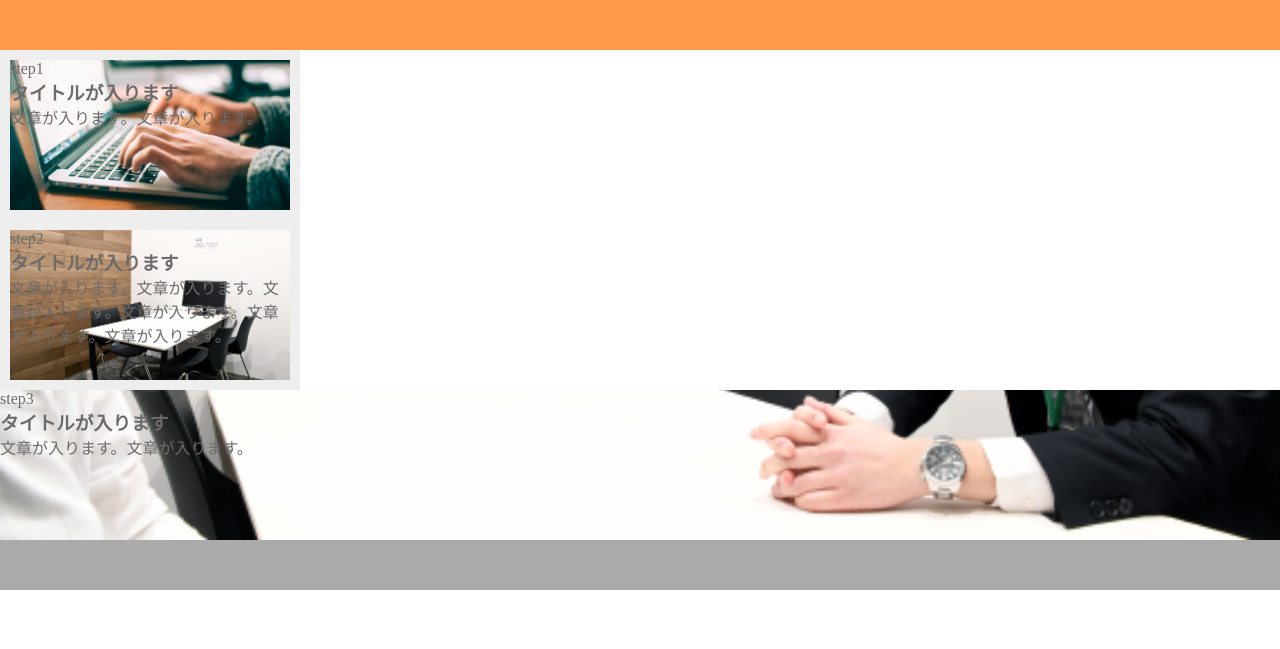
Repository: Yuki-Kawagoe/chapter4
Page: chapter9/index.html
The author's editor kept a record of every edit. The page is drawn from the files as they stood at one moment, then again after the next edit.
The browser window is 1280 px wide. The pictures show the whole page.

Above is the page before.

### chapter9/index.html
<!DOCTYPE html>
 <html lang="ja">
 <head>
  <meta charset="UTF-8">
  <link rel="stylesheet" href="style.css" />
  <title>Chapter9</title>
 </head>

 <body>
   <header></header>


   <main>
    <div class="step-box">
      <div class="step-img1">
       <span class="step-num">step1</span>
        <h3 class="box-title">タイトルが入ります</h3>
          <p class="box-text">文章が入ります。文章が入ります。</p>
      </div>
    </div>

    <div class="step-box">
      <div class="step-img2">
       <span class="step-num">step2</span>
        <h3 class="box-title">タイトルが入ります</h3>
          <p class="box-text">文章が入ります。文章が入ります。文章が入ります。文章が入ります。文章が入ります。文章が入ります。</p>
      </div>
    </div>

    <div class="step-box3">
      <div class="step-img3">
       <span class="step-num">step3</span>
        <h3 class="box-title">タイトルが入ります</h3>
          <p class="box-text">文章が入ります。文章が入ります。</p>
      </div>
    </div>




   </main>


   <footer></footer>

 </body>

### chapter9/style.css
* {
  margin: 0px;
  padding: 0px;
  box-sizing: border-box;
  color: #6c6b6b;
}

header {
  height: 50px;
  background-color: #FF9A4B
}

.main {
  width: 960px;
  margin: 50px auto;
  display: flex;

}

.step-box {
  width: 300px;
  padding: 10px;
  margin-right: 30px;
  background-color: #EEEEEE;
  position: relative;
}

.step-img1 {
  height: 150px;
  background-image: url(img/flow01.png);
  background-position: bottom;
  background-size: cover;
}

.step-img2 {
  height: 150px;
  background-image: url(img/flow02.png);
  background-position: bottom;
  background-size: cover;
}


.step-img3 {
  height: 150px;
  background-image: url(img/flow03.png);
  background-position:bottom;
  background-size:cover;
}

.stem-num {
  position: absolute;
  top:0;
  left:0;
  background-color: #ff9a4b;
  color: #fff;
}

.main-title {
  margin-top: 15px;
  margin-bottom: 5px;
}

.sub {
  background-color: #FF9A4B;
  color: white;
  height: 20px;
  width: 30px;
}

footer {
  width: 100%;
  height: 50px;
  background-color: #AAAAAA
}

After the next edit:
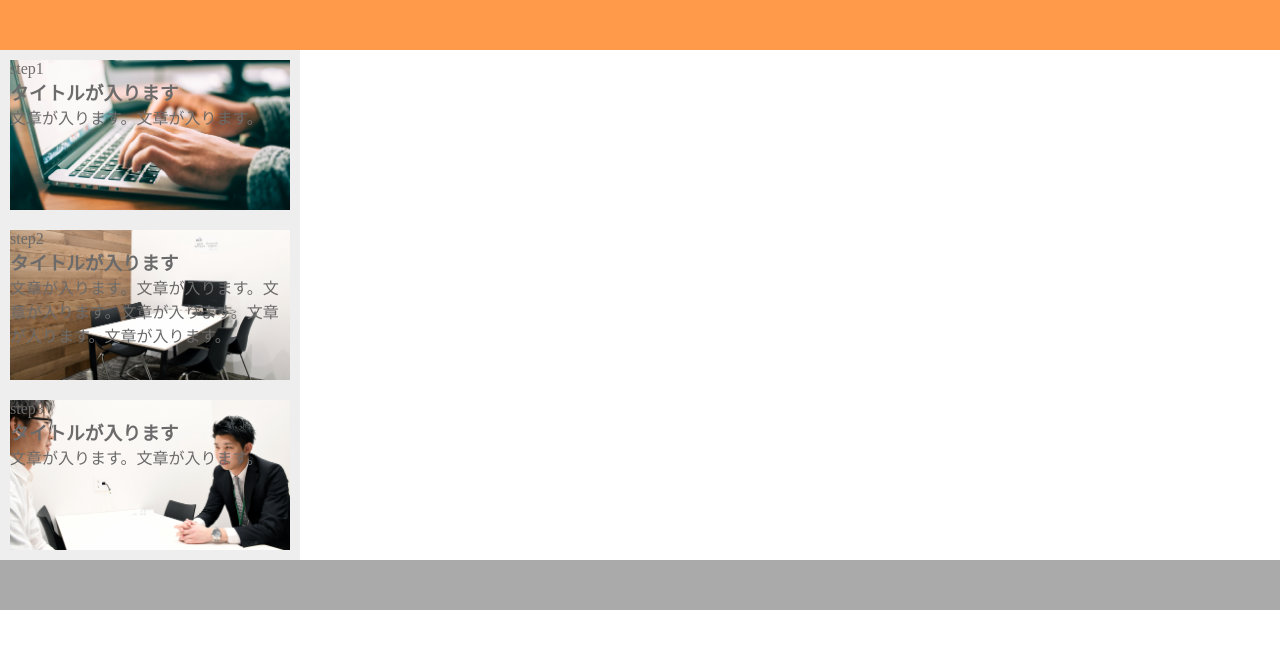
The edit:
--- a/chapter9/index.html
+++ b/chapter9/index.html
@@ -27,7 +27,7 @@
       </div>
     </div>
 
-    <div class="step-box3">
+    <div class="step-box">
       <div class="step-img3">
        <span class="step-num">step3</span>
         <h3 class="box-title">タイトルが入ります</h3>
